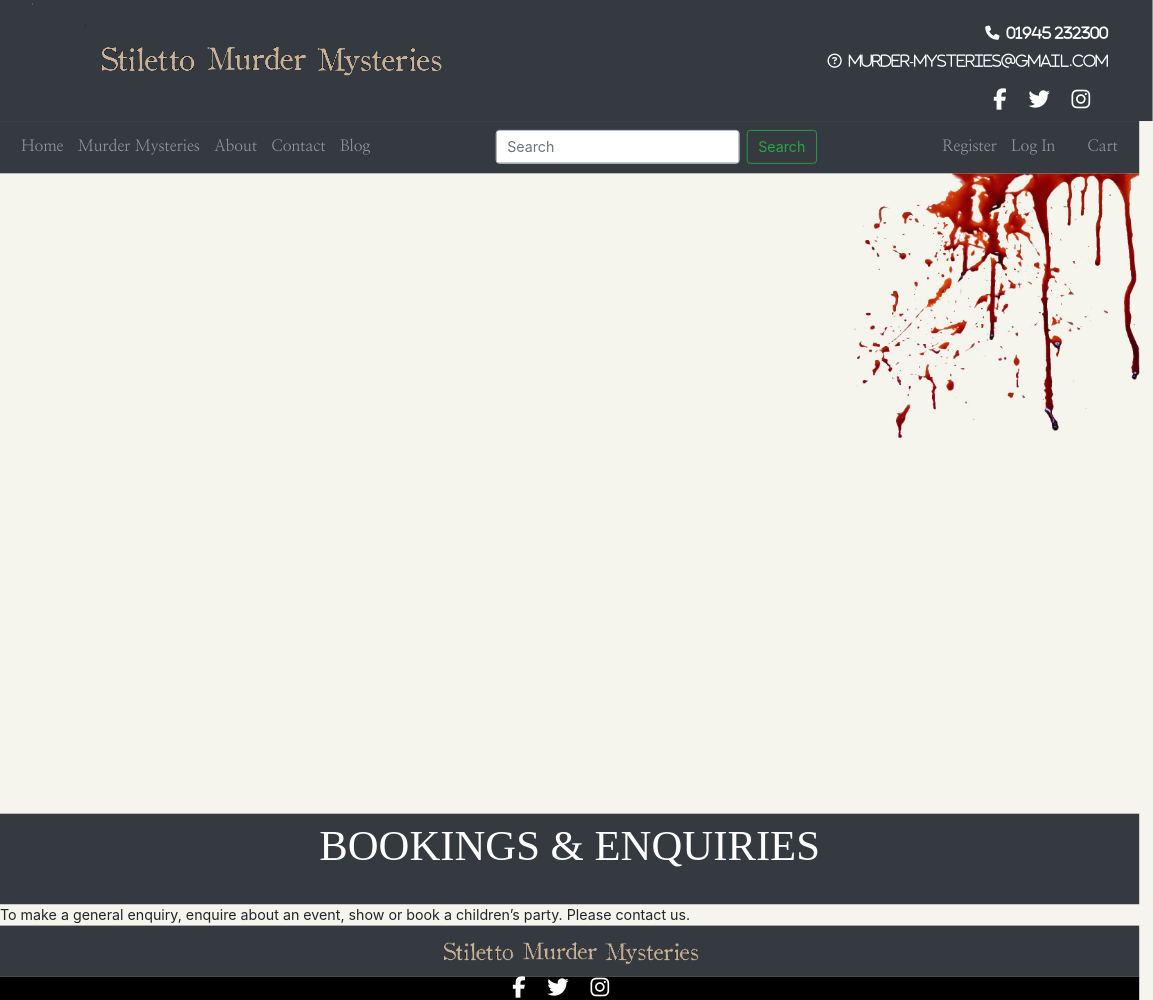
Repository: TaylorD1982/murder-milestone
Page: templates/base.html
The author's editor kept a record of every edit. The page is drawn from the files as they stood at one moment, then again after the next edit.
The browser window is 1280 px wide. The page is 1295 px wide, so the pictures cover 1295 px, including what lies to the right of the window. The pictures show the whole page, at 89% of full size.
Some icons come from a web library that is not loaded, so they are not drawn. Some web fonts or font styles are not loaded; a fallback is used. Some web libraries are served in a nearby version. The template is drawn by Django 2.2. The application's start-up code is not run. Other server files are loaded and not shown. The template is opened directly, without the code that normally fills it, so the values that code supplies are empty.

Above is the page before.
Console error: ReferenceError: emailjs is not defined

### templates/base.html
{% load staticfiles %}
<!DOCTYPE html>
<html lang="en">

<head>
    <meta charset="UTF-8">
    <meta name="viewport" content="width=device-width, initial-scale=1.0">
    <meta http-equiv="X-UA-Compatible" content="ie=edge">
    <title>Murder Mystery</title>
    <link rel="stylesheet" href="{% static 'font-awesome/css/font-awesome.min.css' %}">
    <link rel="stylesheet" href="{% static 'css/custom.css' %}">
    <script src="https://cdnjs.cloudflare.com/ajax/libs/jquery/3.2.1/jquery.min.js"></script>
    <script src="https://cdnjs.cloudflare.com/ajax/libs/twitter-bootstrap/3.3.7/js/bootstrap.min.js"></script>
    <link rel="stylesheet" href="https://maxcdn.bootstrapcdn.com/bootstrap/4.0.0/css/bootstrap.min.css" integrity="sha384-Gn5384xqQ1aoWXA+058RXPxPg6fy4IWvTNh0E263XmFcJlSAwiGgFAW/dAiS6JXm" crossorigin="anonymous">
    <script src="https://code.jquery.com/jquery-3.2.1.slim.min.js" integrity="sha384-KJ3o2DKtIkvYIK3UENzmM7KCkRr/rE9/Qpg6aAZGJwFDMVNA/GpGFF93hXpG5KkN" crossorigin="anonymous"></script>
    <script src="https://cdnjs.cloudflare.com/ajax/libs/popper.js/1.12.9/umd/popper.min.js" integrity="sha384-ApNbgh9B+Y1QKtv3Rn7W3mgPxhU9K/ScQsAP7hUibX39j7fakFPskvXusvfa0b4Q" crossorigin="anonymous"></script>
    <script src="https://maxcdn.bootstrapcdn.com/bootstrap/4.0.0/js/bootstrap.min.js" integrity="sha384-JZR6Spejh4U02d8jOt6vLEHfe/JQGiRRSQQxSfFWpi1MquVdAyjUar5+76PVCmYl" crossorigin="anonymous"></script>

    <script type="text/javascript" src="https://cdn.jsdelivr.net/npm/emailjs-com@2.3.2/dist/email.min.js"></script>
    <script type="text/javascript">
        (function(){
            emailjs.init("user_UbfQMZPiQGURDwMtv5SCI");
        })();
    </script>


    <link href="https://fonts.googleapis.com/css2?family=Italianno&display=swap" rel="stylesheet">
    <script src="https://kit.fontawesome.com/5336900852.js" crossorigin="anonymous"></script>
    <link href="https://fonts.googleapis.com/css?family=Nanum+Myeongjo&display=swap" rel="stylesheet"> {% block head_js %} {% endblock head_js %}
</head>

<body class="body">
    <div class="row banner">
        <div class="col-6">
            <div>
                <img width="100%" src="{% static 'images/banner-desktop-new.png' %}" alt="Stiletto Murder Mysteries">
            </div>
        </div>
        <div class="col-6 box">
            <div class="content-1">
                <div>
                    <i class="fas fa-phone contact-navbar">&nbsp;&nbsp;01945 232300</i>
                </div>
                <div>
                    <i class="far fa-question-circle contact-navbar">&nbsp;&nbsp;murder-mysteries@Gmail.com</i>
                </div>
            </div>
            <div class="content">
                <a href="https://facebook.com" target="_blank" class="fa fa-facebook"></a>
                <a href="https://twitter.com" target="_blank" class="fa fa-twitter fa-large"></a>
                <a href="https://instagram.com" target="_blank" class="fa fa-instagram fa-large"></a>
            </div>
        </div>
    </div>

    <!-- Fixed masthead -->

    <nav class="navbar navbar-expand-lg navbar-dark bg-dark">
        <button class="navbar-toggler mx-auto" type="button" data-toggle="collapse" data-target="#navbarNavAltMarkup" aria-controls="navbarNavAltMarkup" aria-expanded="false" aria-label="Toggle navigation">
    <span class="navbar-toggler-icon"></span>
  </button>
        <div class="collapse navbar-collapse" id="navbarNavAltMarkup">
            <ul class="navbar-nav mr-auto">
                <li class="nav-item">
                    <a class="nav-link" href="/">Home</a>
                </li>
                <li class="nav-item">
                    <a class="nav-link" href="{% url 'products' %}">Murder Mysteries</a>
                </li>
                <li class="nav-item">
                    <a class="nav-link" href="{% url 'about' %}">About</a>
                </li>
                <li class="nav-item">
                    <a class="nav-link" href="{% url 'contact' %}">Contact</a>
                </li>
                <li class="nav-item">
                    <a class="nav-link" href="{% url 'get_posts' %}">Blog</a>
                </li>
            </ul>
            <form class="form-inline my-2 my-lg-0" action="{% url 'search' %}" method="get">
              <input class="form-control mr-sm-2" placeholder="Search" aria-label="Search" type="text" name="q">
              <button class="btn btn-outline-success my-2 my-sm-0" type="submit">Search</button>
            </form>
            <ul class="navbar-nav ml-auto">
                {% if user.is_authenticated %}
                <li class="nav-item">
                    <a class="nav-link" href="{% url 'profile' %}">Profile</a>
                </li>
                <li class="nav-item">
                    <a class="nav-link" href="{% url 'logout' %}">Log Out</a>
                </li>
                {% else %}
                <li class="nav-item">
                    <a class="nav-link" href="{% url 'registration' %}">Register</a>
                </li>
                <li class="nav-item">
                    <a class="nav-link" href="{% url 'login' %}">Log In</a>
                </li>
                {% endif %}
                <li class="nav-item">
                    <a class="nav-link" href="{% url 'view_cart' %}">
                        <i class="fa fa-shipping-cart"></i>Cart
                            {% if product_count > 0 %}
                            <label class="badge badge-warning">{{ product_count }}</label>
                            {% endif %}
                    </a>
                </li>
            </ul>
        </div>
    </nav>

    <div = class="home">
        {% block content %} <img width="100%" src="{% static 'images/haunted-house-desktop.jpeg' %}" alt="Football League"> {% endblock %}
        {% if messages %}
                <div class="messages">
                    {% for message in messages %} {{ message }} {% endfor %}
                </div>
        {% endif %}
    </div>
    <footer>
        <div>
            <div class="footer-booking-header">BOOKINGS & ENQUIRIES</div>
            <div class="footer-booking-content">To make a general enquiry, enquire about an event, show or book a children’s party. Please contact us.</div>
        </div>
        <div>
            <img width="100%" src="{% static 'images/footer-desktop.png' %}" alt="Stiletto Murder Mysteries">
        </div>
        <div class="social-media">
            <container>
            <a href="https://facebook.com" target="_blank" class="fa fa-facebook"></a>
            <a href="https://twitter.com" target="_blank" class="fa fa-twitter fa-large"></a>
            <a href="https://instagram.com" target="_blank" class="fa fa-instagram fa-large"></a>
            </container>
        </div>
    </footer>
</body>

</html>

### static/css/custom.css
.body {
    background-color: #f5f4ed;
}

.accountform {
    padding-top: 20px;
}

.badge {
    padding-left: 9px;
    padding-right: 9px;
    -webkit-border-radius: 9px;
    -moz-border-radius: 9px;
    border-radius: 9px;
}

.label-warning[href],
.badge-warning[href] {
    background-color: #c67605;
}

caption p {
    word-wrap: break-word;
}

.row.row-flex {
    display: flex;
    flex-wrap: wrap;
    margin-top: 30px;
}

.panel-default {
    border-color: transparent;
    padding: 0 10px;
}

.panel-body {
    height: 100%;
    border: 1px solid #ddd;
}

.product-description {
    min-height: 40px;
}

/*-------------------------Navigation Bar--------*/

.navbar-nav {
  font-family: 'Nanum Myeongjo', serif;
  font-size: 1.1em;
 }

.bet_time {
    position:absolute;
    bottom:0;
    right:0;
    padding-right: 50px;
    padding-bottom: 50px;
}

.social-media {
    text-align: center;
    background-color: black;
    font-size: 1em;
}

.fa {
    color: white;
    font-size: 1.5em;
    padding-right: 20px;
    transition: transform .2s;
    margin: 0 auto;
}

.product-name {
    font-family: 'Italianno', cursive;
    font-size: 4em;
}

.product-description {
    font-family: 'Nanum Myeongjo', serif;
    font-size: 1.25em;
}

.box {
    position: relative;
}

.content {
    position: absolute;
    bottom: 10px;
    right: 50px;
}

.content-1 {
    position: absolute;
    bottom: 50px;
    right: 50px;
}

.banner {
    background-color: #343A40;
}

.form-group {
    padding-right: 7px;
}

/*-------------------------contact page-------*/

.container {
    width: 100%;
    padding-right: 15px;
    padding-left: 15px;
    padding-top: 40px;
    padding-bottom: 50px;
    margin-right: auto;
    margin-left: auto;
}

.contact-navbar {
  font-family: 'Nanum Myeongjo', serif;
  font-size: 1em;
  float: right;
  color: white;
  padding-top: 5px;
  padding-bottom: 10px;
}

.contact-title {
    font-family: 'Italianno', cursive;
    font-size: 4em;
    padding-bottom: 30px;
}

.contact-heading {
  font-family: 'Nanum Myeongjo', serif;
  font-size: 1.5em;
  color: #8B4513
}

.contact-content {
  font-family: 'Nanum Myeongjo', serif;
  font-size: 1.3em;
  padding-bottom: 30px;
}

.fa:hover {
  -ms-transform: scale(1.1); /* IE 9 */
  -webkit-transform: scale(1.1); /* Safari 3-8 */
  transform: scale(1.1);
  color:black;
  text-decoration: none;
}

.bg-dark {
    background-color: #413D3C!important;
}

/*-------------------------cart page-------*/

.empty {
    padding-top: 50px;
}

/*-------------------------Log In page-------*/

.container1 {
    padding-right: 155px;
    padding-left: 155px;
    padding-top: 40px;
    padding-bottom: 50px;

}

.home {
    position: relative;
}

.messages {
    position:absolute;
    top:10px;
    left: 10px;
    z-index: 1;
    background-color: #39e600;
    font-family: 'Italianno', cursive;
    font-size: 2em;
    padding-bottom: 30px;

}


.input-group {
    margin-right: 10px;
}

.footer-booking-header {
    font-family: 'Italianno', cursive;
    font-size: 3em;
    color: white;
    padding-bottom: 30px;
    background-color: #343A40;
    text-align: center;
}

Loaded but not shown: static/font-awesome/css/font-awesome.min.css (library)

After the next edit:
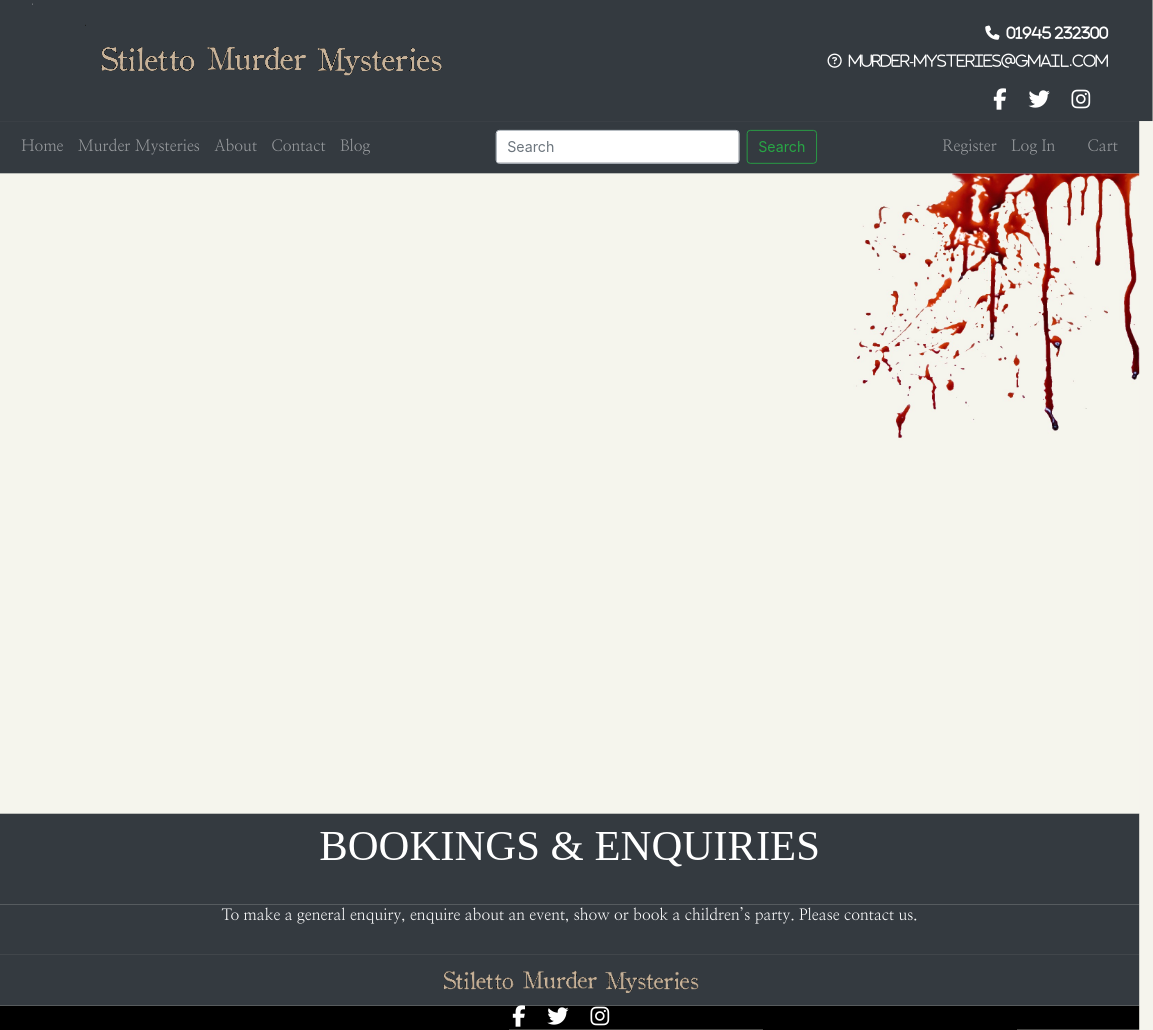
The edit:
--- a/static/css/custom.css
+++ b/static/css/custom.css
@@ -202,3 +202,12 @@
     background-color: #343A40;
     text-align: center;
 }
+
+.footer-booking-content {
+    font-family: 'Nanum Myeongjo', serif;
+    font-size: 1.1em;
+    color: white;
+    padding-bottom: 30px;
+    background-color: #343A40;
+    text-align: center;
+}
